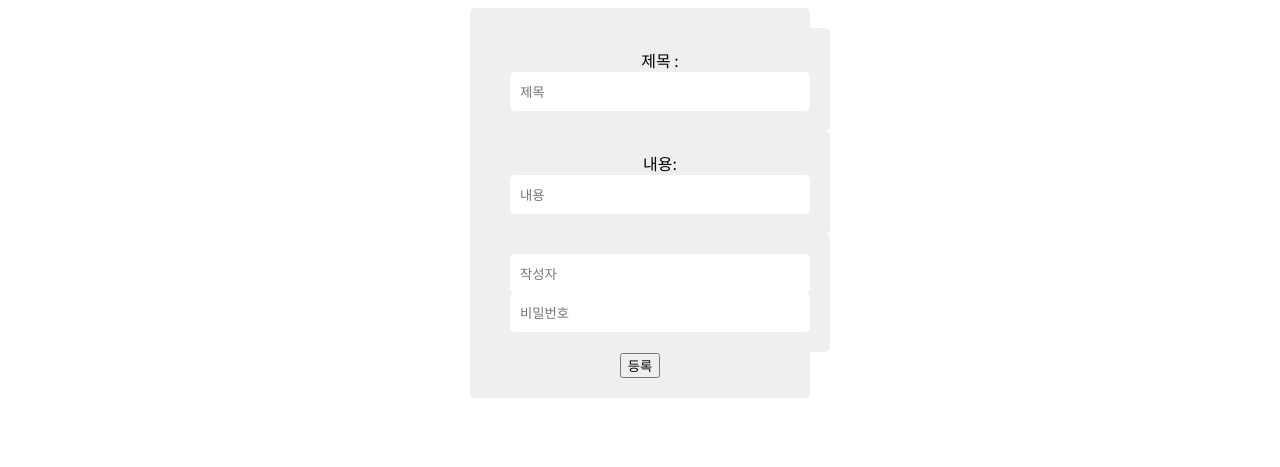
Repository: tae10/app-board-solo
Page: http://localhost/app-board/create
An editor plug-in stored every save of this project. The page is shown before and after the next save, followed by the edit.
The browser window is 1280 px wide. The pictures show the whole page.
The page is served by Tomcat 9.

Above is the page before, as saved 2023-04-10 14:16:21.

After the next save:
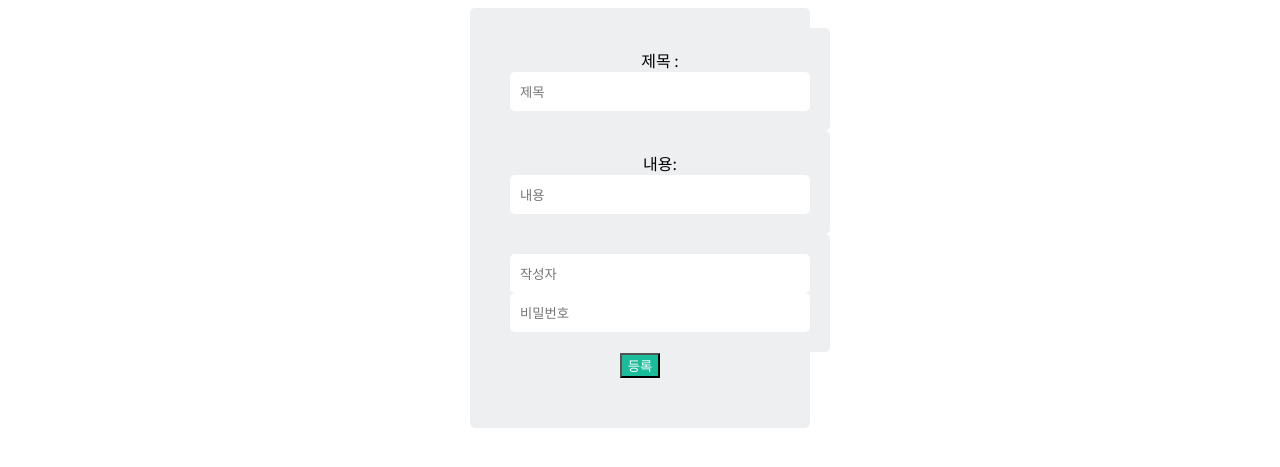
Saved 18 s later.
--- a/app-board/src/main/webapp/WEB-INF/views/board/create.jsp
+++ b/app-board/src/main/webapp/WEB-INF/views/board/create.jsp
@@ -23,7 +23,7 @@
 					<input type="text" name="boardPass" placeholder="비밀번호">
 				</div>
 			</c:if>
-			<button type="submit">등록</button>
+			<button id="btn" type="submit">등록</button>
 		</form>
 	</div>
 </body>

After the 2 saves that followed:
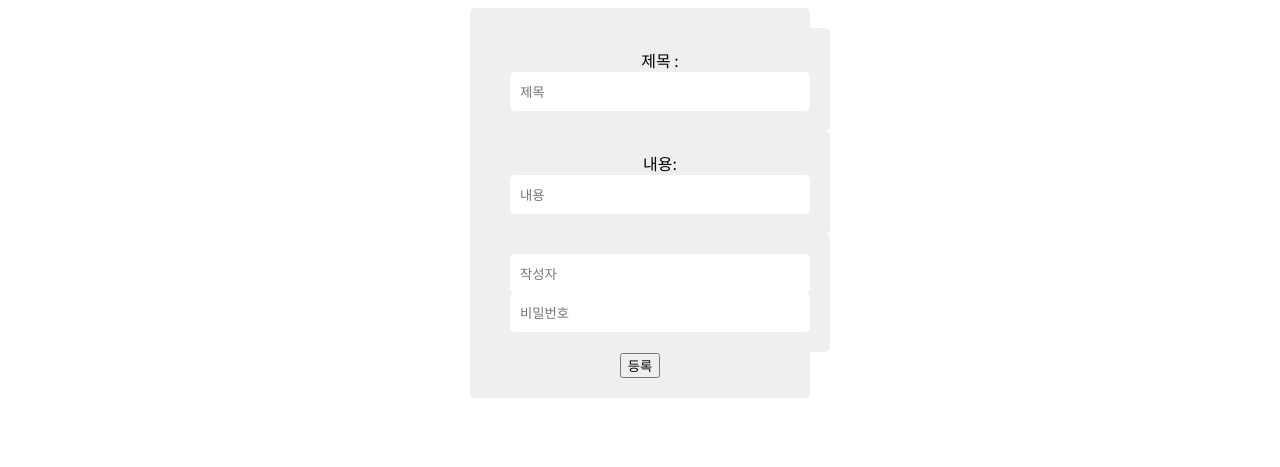
The 2 saves are shown as one change because 1 left the picture as it was.
The last was saved 2 min 1 s later.
--- a/app-board/src/main/webapp/WEB-INF/views/board/create.jsp
+++ b/app-board/src/main/webapp/WEB-INF/views/board/create.jsp
@@ -15,7 +15,7 @@
 				제목 :<input type="text" name="title" placeholder="제목">
 			</div>
 			<div>
-				내용:<input type="text" name="content" placeholder="내용" >
+				내용:<input height="100px" type="text" name="content" placeholder="내용" >
 			</div>
 			<c:if test="${empty sessionScope.logonUser }">
 				<div class="sign-form labe">
@@ -23,7 +23,7 @@
 					<input type="text" name="boardPass" placeholder="비밀번호">
 				</div>
 			</c:if>
-			<button id="btn" type="submit">등록</button>
+			<button id="btn-dark" type="submit">등록</button>
 		</form>
 	</div>
 </body>
